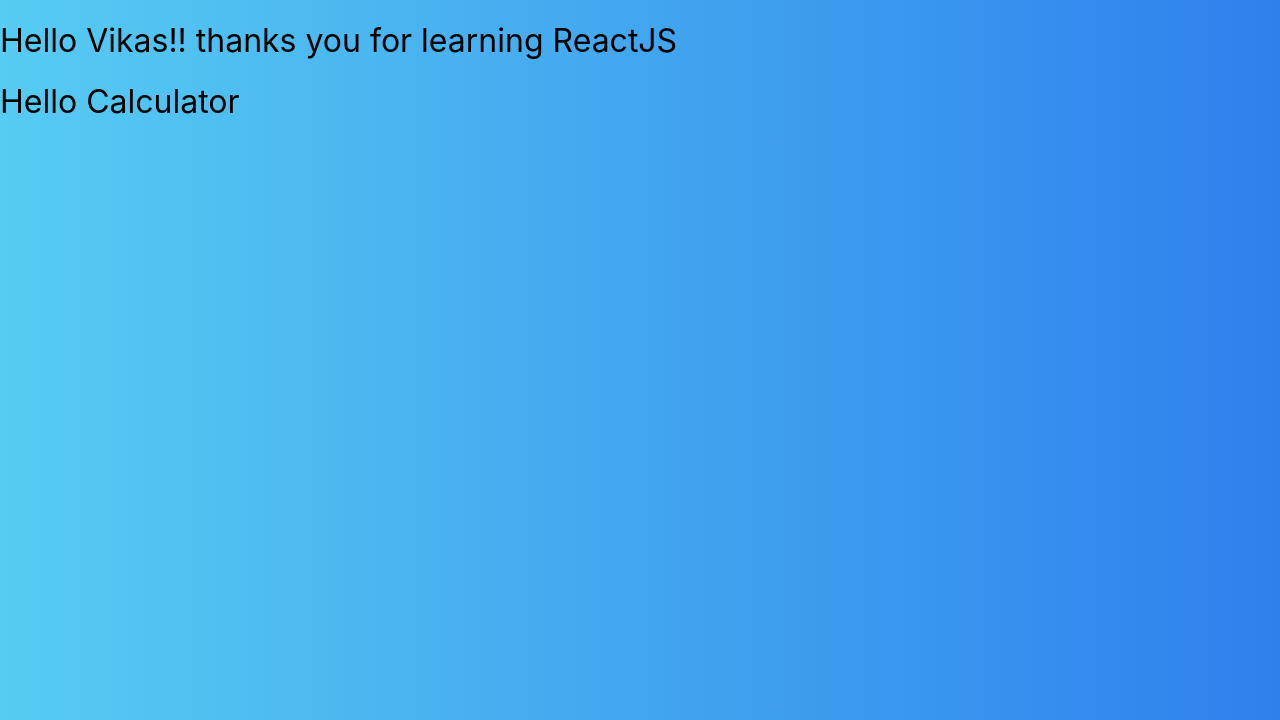
Repository: vikas-1234/calculator
Page: /
These files come from the project's save history. The page is drawn as it stood at one moment and after the next save; the edit follows.
The browser window is 1280 px wide. The pictures show the whole page.
The project was rebuilt for these pictures with package versions that can differ from the ones it lists, and the page was loaded fresh each time.

Above is the page before, as saved 2024-01-17 20:15:43.

### src/index.css
*,*::before,*::after{
  box-sizing: border-box;
  font-weight: normal;
}



body {
  margin: 0;
  padding: 0;
  background: linear-gradient(to right,#56ccf2, #2f80ed);
  font-family: -apple-system, BlinkMacSystemFont, 'Segoe UI', 'Roboto', 'Oxygen',
    'Ubuntu', 'Cantarell', 'Fira Sans', 'Droid Sans', 'Helvetica Neue',
    sans-serif;
  -webkit-font-smoothing: antialiased;
  -moz-osx-font-smoothing: grayscale;
}

code {
  font-family: source-code-pro, Menlo, Monaco, Consolas, 'Courier New',
    monospace;
}

### src/App.js

import Calculator from "./Components/Calculator";
function App() {
  return (
    <div className="App">
      <h1>Hello Vikas!! thanks you for learning ReactJS</h1>
      <Calculator/>
    </div>
  );
}

export default App;

### src/Components/Calculator.jsx
import React from 'react'
import {Container} from "../Styles/Main";


const Calculator = () => {
  return (
    <div>
      <h1>Hello Calculator</h1>
    </div>
  )
}

export default Calculator

### src/Styles/Main.jsx
import styled from "styled-components";

export const Container = styled.div`
    display:grid;
    justify-content:center;
    align-items:center;
    width:400px;
    margin:40px auto;
    grid-template-column:repeat(4,100px);
    grid-template-rows:minmax(120px, auto) repeat(5,100px);
    box-shadow:2px 2px 10px #333;
    border-radius:10px;

`

Loaded but not shown: public/index.html (common file); src/index.js (common file); src/reportWebVitals.js (common file)

After the next save:
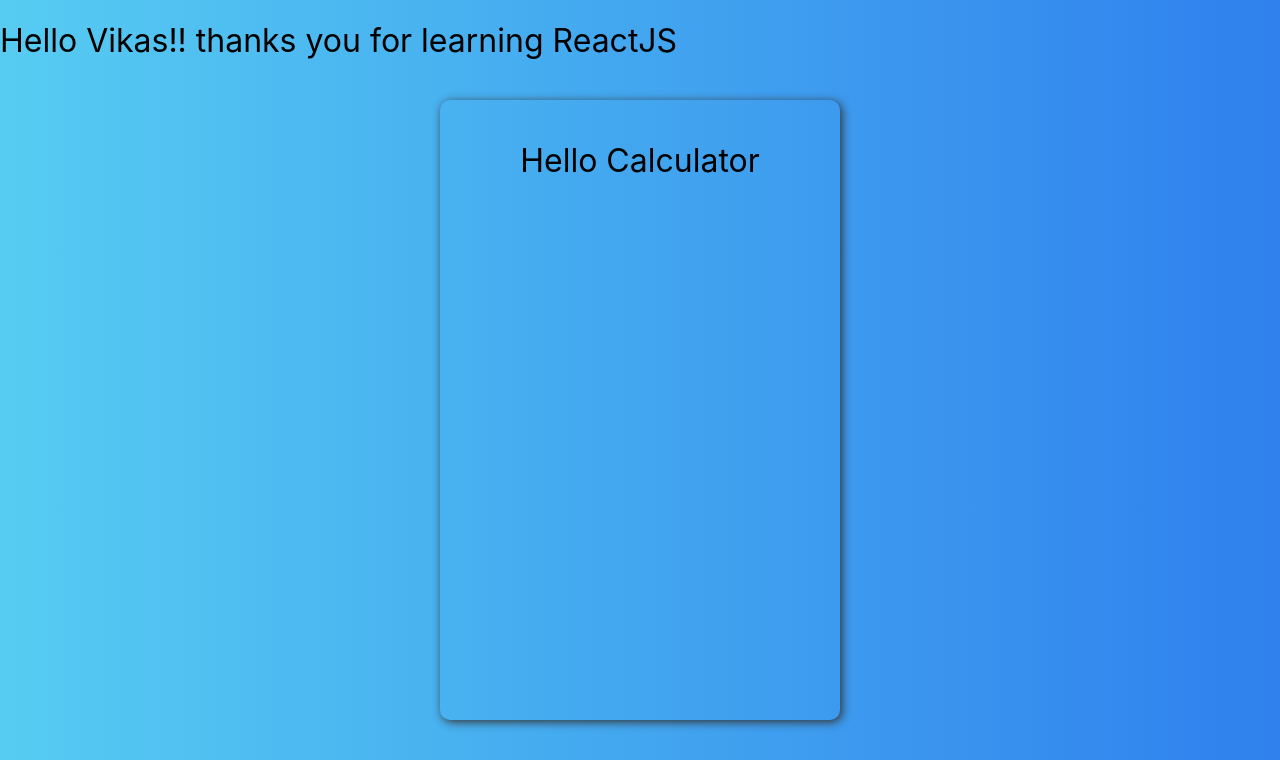
Saved 51 s later.
--- a/src/Components/Calculator.jsx
+++ b/src/Components/Calculator.jsx
@@ -4,9 +4,12 @@
 
 const Calculator = () => {
   return (
-    <div>
-      <h1>Hello Calculator</h1>
-    </div>
+    <>
+    <Container>
+    <h1>Hello Calculator</h1>
+    </Container>
+
+    </>
   )
 }
 
